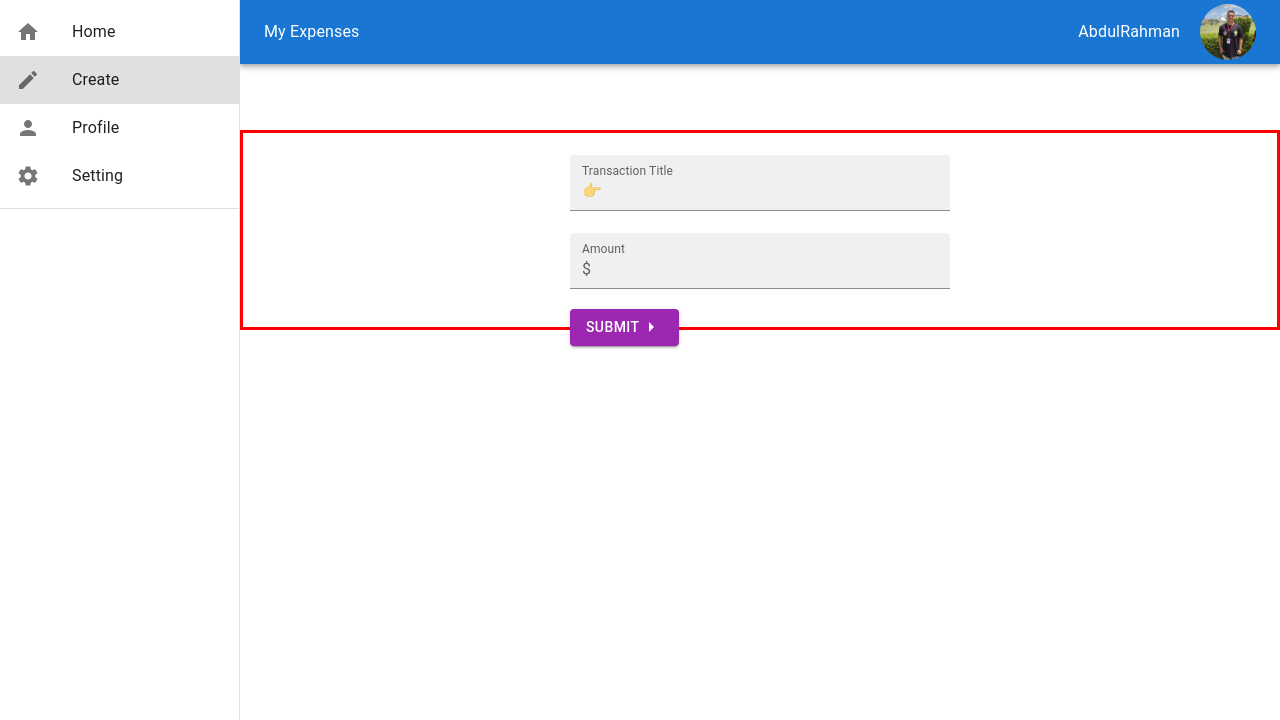
Repository: abdulrahmanmahmood/Expenses-APP
Page: /create
An editor plug-in stored every save of this project. The page is shown before and after a run of saves, followed by the edit.
The browser window is 1280 px wide. The pictures show the whole page.
The project was rebuilt for these pictures with package versions that can differ from the ones it lists, and the page was loaded fresh each time. Also part of the build but not shown: src/App.css, src/App.js. Imported but missing from the stored project, and not drawn on this page: src/pages/home/Home.

Above is the page before, as saved 2023-10-03 22:39:07.

After the next 2 saves:
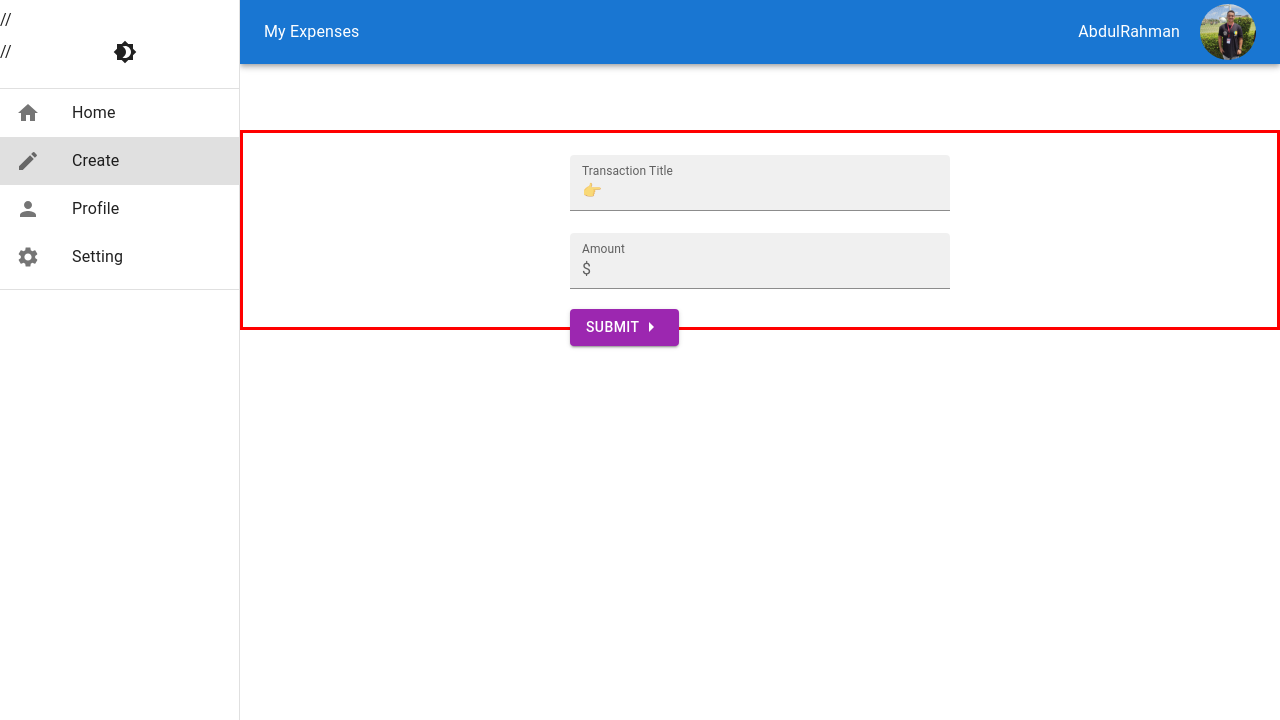
The 2 saves are shown as one change because 1 did not build or start.
The last was saved 10 s later.
--- a/src/MUI-components/Drawer.jsx
+++ b/src/MUI-components/Drawer.jsx
@@ -66,6 +66,30 @@ const Drawerr = ({
       }}
     >
       <List>
+
+
+// <ListItem disablePadding sx={{ mr: "auto", ml: "auto", mb: "16px" }}>
+// <IconButton
+  sx={{ mr: "auto", ml: "auto" }}
+  onClick={() => {
+    if (theme.palette.mode === "dark") {
+      setmoode("light");
+      localStorage.setItem("theme", "light");
+    } else {
+      setmoode("dark");
+      localStorage.setItem("theme", "dark");
+    }
+  }}
+  color="inherit"
+>
+  {theme.palette.mode === "dark" ? (
+    <Brightness7Icon />
+  ) : (
+    <Brightness4Icon />
+  )}
+</IconButton>
+</ListItem>
+<Divider />
       {myList.map((item)=>(
                   <ListItem disablePadding
                   key={item.text}
